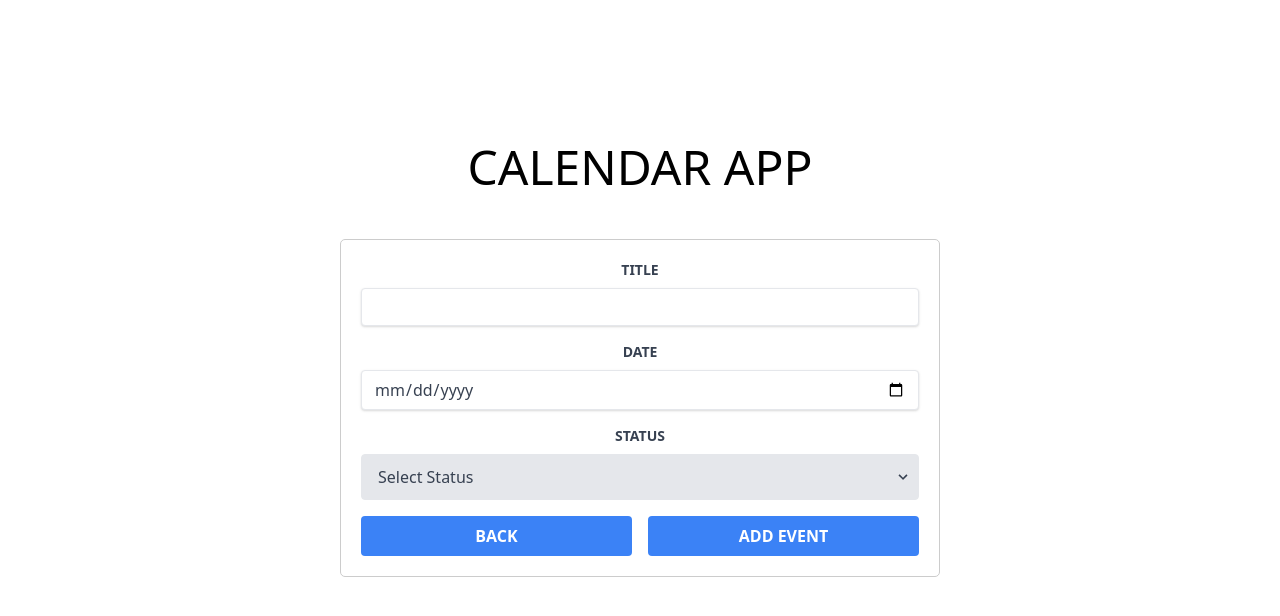
Repository: maikeru-desu/parking-lot
Page: /add (app in parking-lot-fe/)
These files come from the project's save history. The page is drawn as it stood at one moment and after the next save; the edit follows.
The browser window is 1280 px wide. The pictures show the whole page.
The project was rebuilt for these pictures with package versions that can differ from the ones it lists, and the page was loaded fresh each time. Also part of the build but not shown: parking-lot-fe/craco.config.js, parking-lot-fe/src/pages/Home.js, parking-lot-fe/src/pages/Edit.js.

Above is the page before, as saved 2021-10-14 07:39:56.

### parking-lot-fe/src/index.js
import React from 'react';
import ReactDOM from 'react-dom';
import './index.css';
import App from './App';
import {Provider} from "react-redux";
import {BrowserRouter} from "react-router-dom";
import reportWebVitals from './reportWebVitals';
import store from './redux/store';

ReactDOM.render(
    <React.StrictMode>
        <BrowserRouter>
            <Provider store={store}>
                <App />
            </Provider>
        </BrowserRouter>
    </React.StrictMode>,
    document.getElementById('root')
);

// If you want to start measuring performance in your app, pass a function
// to log results (for example: reportWebVitals(console.log))
// or send to an analytics endpoint. Learn more: https://bit.ly/CRA-vitals
reportWebVitals();

### parking-lot-fe/src/App.js
import logo from './logo.svg';
import './App.css';
import {Switch, Route} from "react-router-dom";
import Home from './pages/Home';
import Add from './pages/Add';
import Edit from './pages/Edit';

function App() {
  return (
    <div className="App">
          <h1 class="mb-12 text-5xl">CALENDAR APP</h1>
        <Switch>
            <Route exact path="/" component={Home} />
            <Route exact path="/add" component={Add} />
            <Route exact path="/edit/:id" component={Edit} />
        </Switch>
    </div>
  );
}

export default App;

### parking-lot-fe/src/redux/store.js
import {createStore, applyMiddleware} from "redux";
import logger from "redux-logger";
import reduxThunk from "redux-thunk";
import rootReducer from "./root-reducer";

const middlewares = [reduxThunk];

if (process.env.NODE_ENV === "development") {
    middlewares.push(logger)
}

const store = createStore(rootReducer, applyMiddleware(...middlewares));

export default store;

### parking-lot-fe/src/pages/Add.js
import React, {useState} from 'react'
import { useHistory } from 'react-router-dom';
import { useDispatch } from 'react-redux';
import { addEvent } from '../redux/actions';
import '../form.css';

const Add = () => {
    const [state, setState] = useState({
        title: "",
        date: "",
        status: ""
    });

    const [error, setError] = useState("");

    let history = useHistory();
    let dispatch = useDispatch();
    const {title, date, status} = state;

    const handleChange = (e) => {
        let {name, value} = e.target;
        console.log(value);
        setState({...state, [name]: value});
    }

    const handleSubmit = (e) => {
        e.preventDefault();
        console.log(state);
        if (!title || !date || !status) {
            setError("All fields are required");
        } else {
            dispatch(addEvent(state));
            history.push('/');
            setError("");
        }
    }
    return (
        <div>
            <form method="POST" onSubmit={handleSubmit}>
                {error && <h3 className="text-red-700">{error}</h3>}
                <div className="mb-4">
                    <label className="block text-gray-700 text-sm font-bold mb-2" for="name">
                        TITLE
                    </label>
                    <input
                        name="title"
                        id="title"
                        value={title}
                        type={title}
                        onChange={handleChange}
                        className="shadow appearance-none border rounded w-full py-2 px-3 text-gray-700 leading-tight focus:outline-none focus:shadow-outline"
                    />
                </div>
                <div className="mb-4">
                    <label className="block text-gray-700 text-sm font-bold mb-2" for="name">
                        DATE
                    </label>
                    <input
                        type="date"
                        name="date"
                        id="date"
                        value={date}
                        onChange={handleChange}
                        className="shadow appearance-none border rounded w-full py-2 px-3 text-gray-700 leading-tight focus:outline-none focus:shadow-outline"
                    />
                </div>
                <div className="mb-4">
                    <label className="block text-gray-700 text-sm font-bold mb-2" for="name">
                        STATUS
                    </label>
                    <div className="relative">
                        <select
                            id="status"
                            name="status"
                            value={status}
                            onChange={handleChange}
                            className="block appearance-none w-full bg-gray-200 border border-gray-200 text-gray-700 py-3 px-4 pr-8 rounded leading-tight focus:outline-none focus:bg-white focus:border-gray-500">
                            <option>Select Status</option>
                            <option value="0">Pending</option>
                            <option value="2">Ongoing</option>
                            <option value="1">Done</option>
                        </select>
                        <div className="pointer-events-none absolute inset-y-0 right-0 flex items-center px-2 text-gray-700">
                            <svg className="fill-current h-4 w-4" xmlns="http://www.w3.org/2000/svg" viewBox="0 0 20 20">
                                <path d="M9.293 12.95l.707.707L15.657 8l-1.414-1.414L10 10.828 5.757 6.586 4.343 8z" />
                            </svg>
                        </div>
                    </div>
                </div>
                <div className="flex items-center justify-between">
                    <button
                        onClick={() => history.push("/")}
                        className="mr-2 bg-blue-500 hover:bg-blue-700 text-white font-bold py-2 px-4 rounded focus:outline-none focus:shadow-outline"
                        type="button">
                        BACK
                    </button>
                    <button
                        type="submit"
                        className="ml-2 bg-blue-500 hover:bg-blue-700 text-white font-bold py-2 px-4 rounded focus:outline-none focus:shadow-outline">
                        ADD EVENT
                    </button>
                </div>
            </form>
        </div>
    )
}

export default Add

### parking-lot-fe/src/redux/root-reducer.js
import {combineReducers} from "redux";
import eventsReducers from "./reducer";

const rootReducer = combineReducers({
    events: eventsReducers
});

export default rootReducer;

### parking-lot-fe/src/redux/actions.js
import * as types from "./actionType";
import axios from "axios";

const getEvents = (events) => ({
    type: types.GET_EVENTS,
    payload: events
});

const eventDeleted = () => ({
    type: types.DELETE_EVENT
});

const eventAdded = () => ({
    type: types.ADD_EVENT
});

const eventFetched = (event) => ({
    type: types.GET_EVENT,
    payload: event,
});

const eventUpdated = () => ({
    type: types.UPDATE_EVENT
});

export const loadEvents = () => {
    return function (dispatch) {
        axios.get(`${process.env.REACT_APP_API}`).then((resp) => {
            // console.log("resp", resp);
            dispatch(getEvents(resp.data));
        })
        .catch((error) => console.log(error));
    };
};

export const deleteEvent = (id) => {
    return function (dispatch) {
        axios.delete(`${process.env.REACT_APP_API}/${id}`).then((resp) => {
            console.log("resp", resp);
            dispatch(eventDeleted());
            dispatch(loadEvents());
        })
        .catch((error) => console.log(error));
    };
};

export const addEvent = (user) => {
    return function (dispatch) {
        axios.post(`${process.env.REACT_APP_API}`, user).then((resp) => {
            console.log("resp", resp);
            dispatch(eventAdded());
            dispatch(loadEvents());
        })
        .catch((error) => console.log(error));
    };
};

export const getEvent = (id) => {
    return function (dispatch) {
        axios.get(`${process.env.REACT_APP_API}/${id}`).then((resp) => {
            console.log("resp", resp);
            dispatch(eventFetched(resp.data));
        })
        .catch((error) => console.log(error));
    };
};

export const updateEvent = (user, id) => {
    return function (dispatch) {
        axios.put(`${process.env.REACT_APP_API}/${id}`, user).then((resp) => {
            console.log("resp", resp);
            dispatch(eventUpdated());
        })
            .catch((error) => console.log(error));
    };
};

### parking-lot-fe/src/form.css
html, body {
  height: 100%
}

body {
  display: flex;
  justify-content: center;
  align-items: center;
}

form {
  padding: 20px;
  border: 1px solid #ccc;
  border-radius: 5px;
  width: 100%;
}

button {
  width: 100%
}

#root {
    width: 100%;
    max-width: 600px;
}

### parking-lot-fe/src/redux/reducer.js
import * as types from "./actionType";

const initialState = {
    events: [],
    event: {},
    loading: true
}

const eventsReducers = (state = initialState, action) => {
    switch (action.type) {
        case types.GET_EVENTS:
            return {
                ...state,
                events: action.payload,
                loading: false,
            };
        case types.DELETE_EVENT:
        case types.ADD_EVENT:
        case types.UPDATE_EVENT:
            return {
                ...state,
                loading: false,
            }
        case types.GET_EVENT:
            return {
                ...state,
                event: action.payload,
                loading: false,
            };
        default:
            return state;
    }
}

export default eventsReducers;

### parking-lot-fe/src/redux/actionType.js
export const GET_EVENTS = "GET_EVENTS";
export const DELETE_EVENT = "DELETE_EVENT";
export const ADD_EVENT = "ADD_EVENT";
export const GET_EVENT = "GET_EVENT";
export const UPDATE_EVENT = "UPDATE_EVENT";

Loaded but not shown: parking-lot-fe/src/index.css (common file); parking-lot-fe/src/reportWebVitals.js (common file); parking-lot-fe/src/App.css (common file); parking-lot-fe/tailwind.config.js (common file)

After the next save:
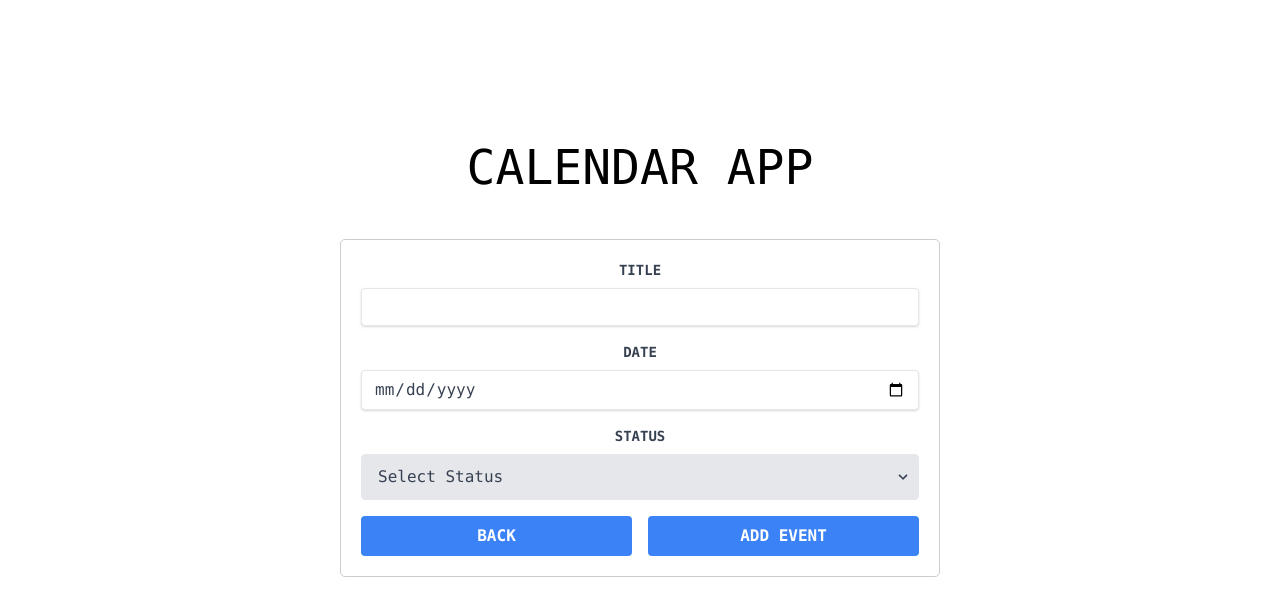
Saved 7 s later.
--- a/parking-lot-fe/src/App.js
+++ b/parking-lot-fe/src/App.js
@@ -7,7 +7,7 @@ import Edit from './pages/Edit';
 
 function App() {
   return (
-    <div className="App">
+    <div className="App font-mono">
           <h1 class="mb-12 text-5xl">CALENDAR APP</h1>
         <Switch>
             <Route exact path="/" component={Home} />
